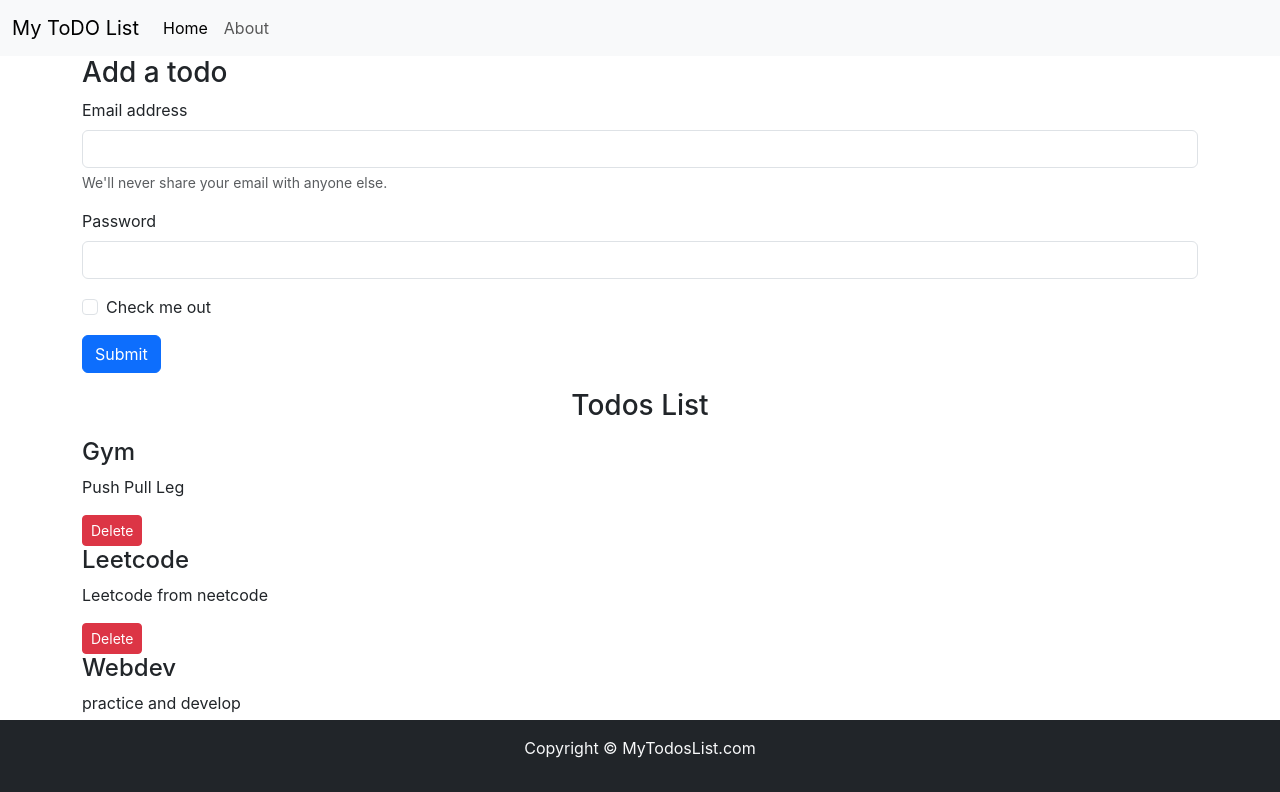
Repository: AshwinUgale/ToDoList
Page: /
An editor plug-in stored every save of this project. The page is shown before and after the next save, followed by the edit.
The browser window is 1280 px wide. The pictures show the whole page.
The project was rebuilt for these pictures with package versions that can differ from the ones it lists, and the page was loaded fresh each time. Also part of the build but not shown: src/App.css.

Above is the page before, as saved 2024-12-21 17:02:41.

### public/index.html
<!DOCTYPE html>
<html lang="en">
  <head>
    <meta charset="utf-8" />
    <link rel="icon" href="%PUBLIC_URL%/favicon.ico" />
    <meta name="viewport" content="width=device-width, initial-scale=1" />
    <meta name="theme-color" content="#000000" />
    <meta
      name="description"
      content="Web site created using create-react-app"
    />
    <link rel="apple-touch-icon" href="%PUBLIC_URL%/logo192.png" />

    <link rel="manifest" href="%PUBLIC_URL%/manifest.json" />
    <link href="https://cdn.jsdelivr.net/npm/bootstrap@5.3.3/dist/css/bootstrap.min.css" rel="stylesheet" integrity="sha384-QWTKZyjpPEjISv5WaRU9OFeRpok6YctnYmDr5pNlyT2bRjXh0JMhjY6hW+ALEwIH" crossorigin="anonymous">
    <title>Todos List</title>
  </head>
  <body>
    <noscript>You need to enable JavaScript to run this app.</noscript>
    <div id="root"></div>


  </body>
  <script src="https://cdn.jsdelivr.net/npm/bootstrap@5.3.3/dist/js/bootstrap.bundle.min.js" integrity="sha384-YvpcrYf0tY3lHB60NNkmXc5s9fDVZLESaAA55NDzOxhy9GkcIdslK1eN7N6jIeHz" crossorigin="anonymous"></script>
</html>

### src/App.js

import './App.css';
import Header from './MyComponents/Header';
import {Footer} from "./MyComponents/Footer";
import {Todos} from "./MyComponents/Todos";
import React, {useState} from 'react';
import { AddTodo } from "./MyComponents/AddTodo";

function App() {
  const onDelete = (todo)=>{
    console.log("Delete",todo)
    setTodos(todos.filter((e)=>{
        return e!==todo;
    }))
  }

  const [todos,setTodos]=useState([
    {
      sno: 1,
      title: "Gym",
      desc: "Push Pull Leg"
    },
    {
      sno: 2,
      title: "Leetcode",
      desc: "Leetcode from neetcode"
    },
    {
      sno: 3,
      title: "Webdev",
      desc: "practice and develop "
    },
  ])
  return (
    <>
    <Header title="My ToDO List" searchBar={false}/>
    <AddTodo/>
    <Todos todos={todos} onDelete={onDelete}/>
    <Footer/>
    </>
  );
}

export default App;

### src/MyComponents/Header.js
import React from 'react';
import PropTypes from 'prop-types';
export default function Header({ title = "Your Title Here", searchBar = true }) {
    console.log("Props received in Header:", {title,searchBar});
  return (
    <nav className="navbar navbar-expand-lg bg-body-tertiary">
      <div className="container-fluid">
        <a className="navbar-brand" href="#">{title}</a>
        <button
          className="navbar-toggler"
          type="button"
          data-bs-toggle="collapse"
          data-bs-target="#navbarSupportedContent"
          aria-controls="navbarSupportedContent"
          aria-expanded="false"
          aria-label="Toggle navigation"
        >
          <span className="navbar-toggler-icon"></span>
        </button>
        <div className="collapse navbar-collapse" id="navbarSupportedContent">
          <ul className="navbar-nav me-auto mb-2 mb-lg-0">
            <li className="nav-item">
              <a className="nav-link active" aria-current="page" href="#">Home</a>
            </li>
            <li className="nav-item">
              <a className="nav-link" href="#">About</a>
            </li>

          </ul>
          {searchBar?<form className="d-flex" role="search">
            <input
              className="form-control me-2"
              type="search"
              placeholder="Search"
              aria-label="Search"
            />
            <button className="btn btn-outline-success" type="submit">
              Search
            </button>
          </form>:""}
        </div>
      </div>
    </nav>
  )
}

Header.defaultProps ={
    title: "Your Title Here",
    searchBar: true
}

Header.propTypes = {
    title: PropTypes.string,
    searchBar: PropTypes.bool,
  };

### src/MyComponents/Footer.js
import React from 'react'

export const Footer = () => {
  let footerStyle = {
    position: "absolute",
    top: "100vh",
    width: "100%",
  }
  return (
    <footer className='bg-dark text-light py-3' style={footerStyle}>
        <p className='text-center'>
          Copyright &copy; MyTodosList.com
        </p>
    </footer>
  )
}

### src/MyComponents/Todos.js
import React from 'react'
import {TodoItem } from "../MyComponents/TodoItem";

export const Todos = (props) => {
  return (
    <div className="container">
        <h3 className="text-center my-3">Todos List</h3>
        {props.todos.length===0? "No todos to display":
        props.todos.map((todo)=>{
          return <TodoItem todo={todo} key={todo.sno} onDelete={props.onDelete}/>
        })
        }

    </div>
  )
}

### src/MyComponents/AddTodo.js
import React from 'react'

export const AddTodo = () => {
  return (
    <div className='container'>
        <h3>Add a todo</h3>
        <form>
    <div class="mb-3">
      <label for="exampleInputEmail1" class="form-label">Email address</label>
      <input type="email" class="form-control" id="exampleInputEmail1" aria-describedby="emailHelp"/>
      <div id="emailHelp" class="form-text">We'll never share your email with anyone else.</div>
    </div>
    <div class="mb-3">
      <label for="exampleInputPassword1" class="form-label">Password</label>
      <input type="password" class="form-control" id="exampleInputPassword1"/>
    </div>
    <div class="mb-3 form-check">
      <input type="checkbox" class="form-check-input" id="exampleCheck1"/>
      <label class="form-check-label" for="exampleCheck1">Check me out</label>
    </div>
    <button type="submit" class="btn btn-primary">Submit</button>
  </form>
  </div>
  )
}

### src/MyComponents/TodoItem.js
import React from 'react'

export const TodoItem = ({todo,onDelete}) => {
  return (
    <div>
        <h4>{todo.title}</h4>
        <p>{todo.desc}</p>
        <button className="btn btn-sm btn-danger" onClick={()=>{onDelete(todo)}}>Delete</button>
    </div>
  )
}

Loaded but not shown: src/index.js (common file); src/index.css (common file); src/reportWebVitals.js (common file)

After the next save:
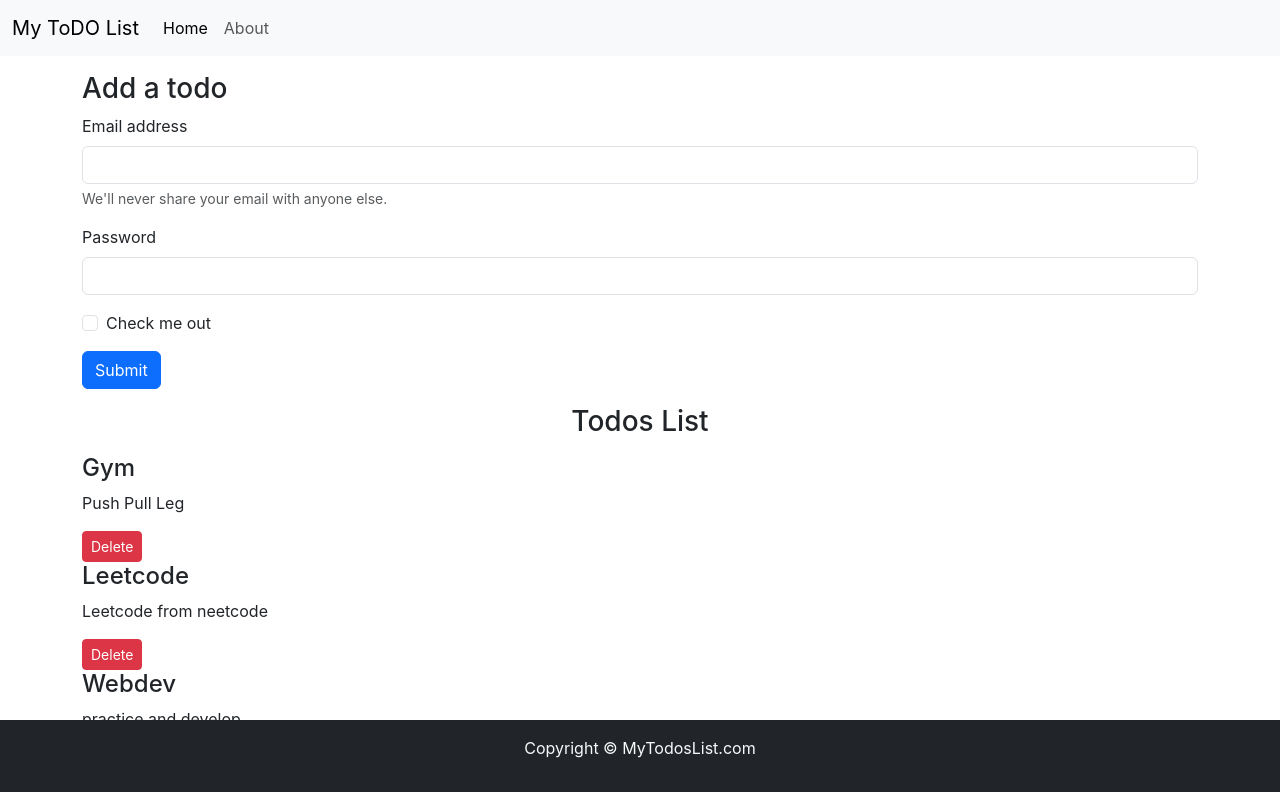
Saved 18 s later.
--- a/src/MyComponents/AddTodo.js
+++ b/src/MyComponents/AddTodo.js
@@ -2,7 +2,7 @@ import React from 'react'
 
 export const AddTodo = () => {
   return (
-    <div className='container'>
+    <div className='container my-3'>
         <h3>Add a todo</h3>
         <form>
     <div class="mb-3">
